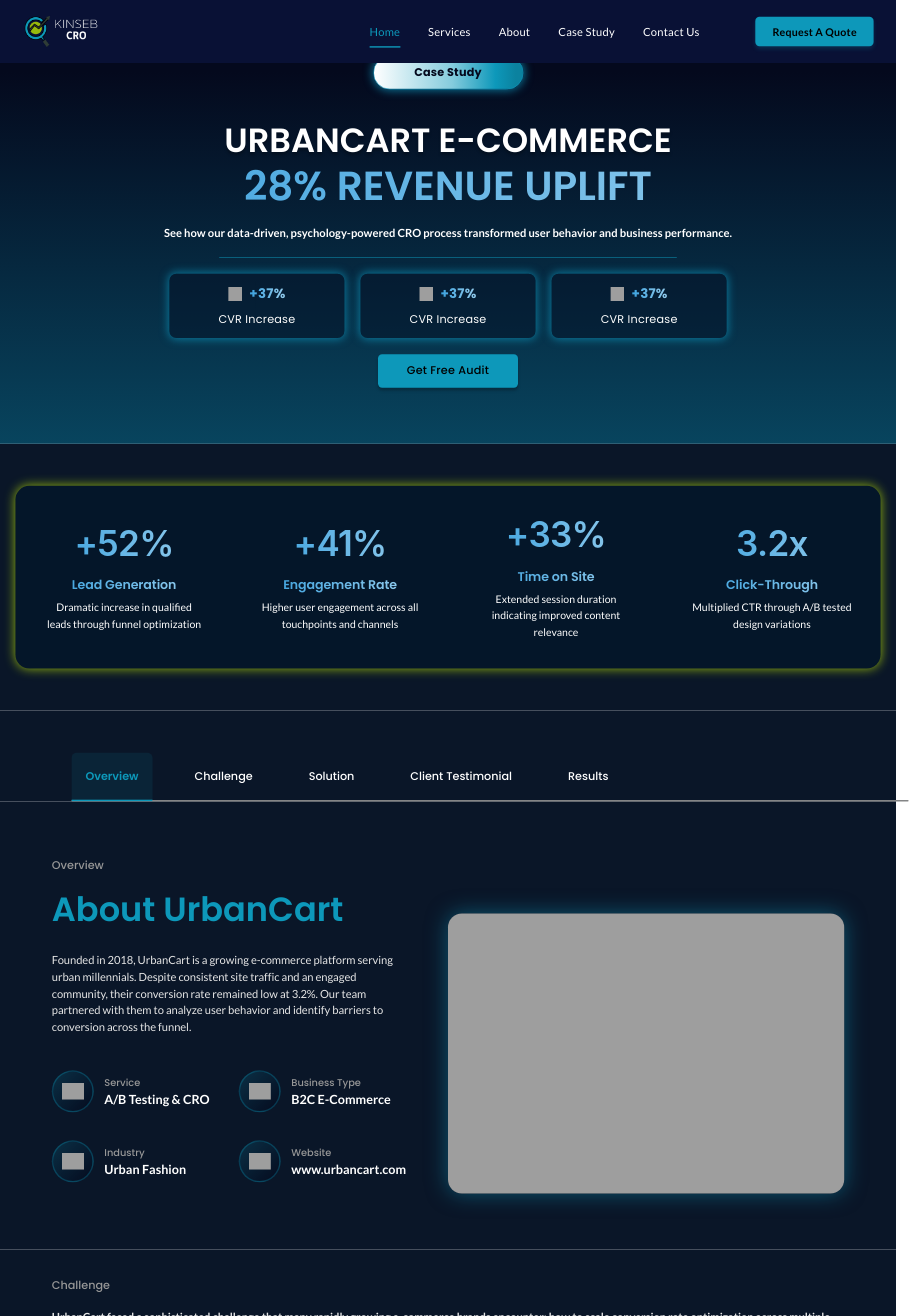
Repository: YahyaK01/kinseb
Page: /case-study/e-commerce-revenue-uplift-through-testing
The author's editor kept a copy of each file at every save. The page is drawn from the files as they stood at one save, then again after the next save.
The browser window is 1280 px wide. The page is 1298 px wide, so the pictures cover 1298 px, including what lies to the right of the window. The pictures show the part of the page from y = 0 to 1880 px (the page is 8255 px tall before and 8325 px after), at 70% of full size.
Pictures or frames that could not be fetched are drawn as grey boxes. The project was rebuilt for these pictures with package versions that can differ from the ones it lists, and the page was loaded fresh each time. Also part of the build but not shown: src/components/FAQ.js, src/components/CTA.jsx, src/components/MetricsSection.jsx, src/components/WhyCROMatter.jsx, src/components/Processsection.jsx, src/components/Hero.jsx, src/components/marquee.jsx, src/components/CEO.jsx and 27 more.

Above is the page before, as saved 2025-12-12 23:15:53.

After the next save:
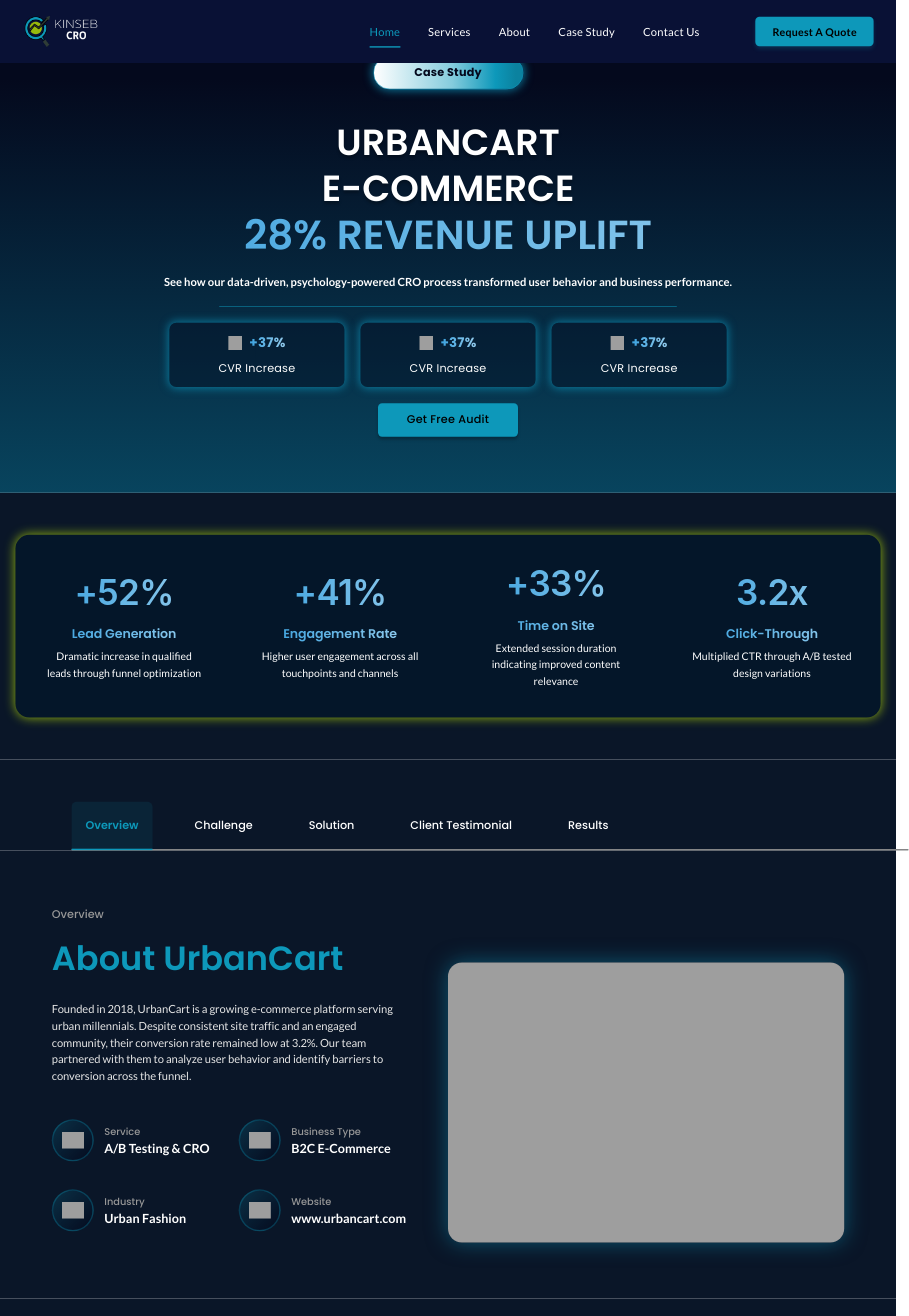
Saved 119 s later.
--- a/src/components/CaseStudyHero.jsx
+++ b/src/components/CaseStudyHero.jsx
@@ -9,7 +9,8 @@
   const heroData = {
     'personalization-engine-transforms-user-experience': {
       category: 'Case Study',
-      title: 'PERSONALIZATION ENGINE TRANSFORMS USER EXPERIENCE',
+      titleLine1: 'PERSONALIZATION ENGINE TRANSFORMS',
+      titleLine2: 'USER EXPERIENCE',
       titleHighlight: '37% CONVERSION RATE',
       subtitle: 'See how our data-driven, psychology-powered CRO process transformed user behavior and business performance.',
       metrics: [
@@ -20,7 +21,8 @@
     },
     'e-commerce-revenue-uplift-through-testing': {
       category: 'Case Study',
-      title: 'URBANCART E-COMMERCE',
+      titleLine1: 'URBANCART',
+      titleLine2: 'E-COMMERCE',
       titleHighlight: '28% REVENUE UPLIFT',
       subtitle: 'See how our data-driven, psychology-powered CRO process transformed user behavior and business performance.',
       metrics: [
@@ -31,7 +33,8 @@
     },
     'saas-lead-generation-conversion-breakthrough': {
       category: 'Case Study',
-      title: 'SAAS LEAD GENERATION',
+      titleLine1: 'SAAS LEAD',
+      titleLine2: 'GENERATION',
       titleHighlight: '3X CONVERSION BREAKTHROUGH',
       subtitle: 'See how our data-driven, psychology-powered CRO process transformed user behavior and business performance.',
       metrics: [
@@ -42,7 +45,8 @@
     },
     'fashion-retailer-cart-abandonment-solution': {
       category: 'Case Study',
-      title: 'FASHION RETAILER',
+      titleLine1: 'FASHION',
+      titleLine2: 'RETAILER',
       titleHighlight: 'CART ABANDONMENT SOLUTION',
       subtitle: 'See how our data-driven, psychology-powered CRO process transformed user behavior and business performance.',
       metrics: [
@@ -53,7 +57,8 @@
     },
     'mobile-app-engagement-revolution': {
       category: 'Case Study',
-      title: 'MOBILE APP',
+      titleLine1: 'MOBILE',
+      titleLine2: 'APP',
       titleHighlight: 'ENGAGEMENT REVOLUTION',
       subtitle: 'See how our data-driven, psychology-powered CRO process transformed user behavior and business performance.',
       metrics: [
@@ -64,7 +69,8 @@
     },
     'enterprise-pipeline-growth-strategy': {
       category: 'Case Study',
-      title: 'ENTERPRISE PIPELINE',
+      titleLine1: 'ENTERPRISE',
+      titleLine2: 'PIPELINE',
       titleHighlight: '+179% GROWTH STRATEGY',
       subtitle: 'See how our data-driven, psychology-powered CRO process transformed user behavior and business performance.',
       metrics: [
@@ -168,7 +174,7 @@
           </span>
         </div>
 
-        {/* Main Title - Exactly 2 Lines */}
+        {/* Main Title - TWO Separate Lines */}
         <div style={{
           width: '100%',
           display: 'flex',
@@ -178,25 +184,39 @@
           opacity: isLoaded ? 1 : 0,
           transition: 'opacity 0.8s ease-out 0.3s'
         }}>
-          {/* Line 1 - White Text */}
+          {/* First Line - White Text */}
           <h1 style={{
             width: '100%',
             fontFamily: "'Poppins', sans-serif",
             fontWeight: 600,
-            fontSize: windowWidth <= 768 ? '24px' : windowWidth <= 1024 ? '36px' : '48px',
-            lineHeight: windowWidth <= 768 ? '32px' : windowWidth <= 1024 ? '46px' : '60px',
+            fontSize: windowWidth <= 768 ? '24px' : windowWidth <= 1024 ? '38px' : '52px',
+            lineHeight: windowWidth <= 768 ? '32px' : windowWidth <= 1024 ? '48px' : '65px',
             textAlign: 'center',
             textTransform: 'uppercase',
             color: '#FFFFFF',
             textShadow: '0px 4px 4px rgba(0, 0, 0, 0.25)',
-            margin: 0,
-            whiteSpace: 'nowrap',
-            overflow: 'visible'
-          }}>
-            {data.title}
+            margin: 0
+          }}>
+            {data.titleLine1}
           </h1>
 
-          {/* Line 2 - Gradient Text */}
+          {/* Second Line - White Text */}
+          <h1 style={{
+            width: '100%',
+            fontFamily: "'Poppins', sans-serif",
+            fontWeight: 600,
+            fontSize: windowWidth <= 768 ? '24px' : windowWidth <= 1024 ? '38px' : '52px',
+            lineHeight: windowWidth <= 768 ? '32px' : windowWidth <= 1024 ? '48px' : '65px',
+            textAlign: 'center',
+            textTransform: 'uppercase',
+            color: '#FFFFFF',
+            textShadow: '0px 4px 4px rgba(0, 0, 0, 0.25)',
+            margin: 0
+          }}>
+            {data.titleLine2}
+          </h1>
+
+          {/* Third Line - Gradient Text */}
           <h2 style={{
             width: '100%',
             fontFamily: "'Poppins', sans-serif",
